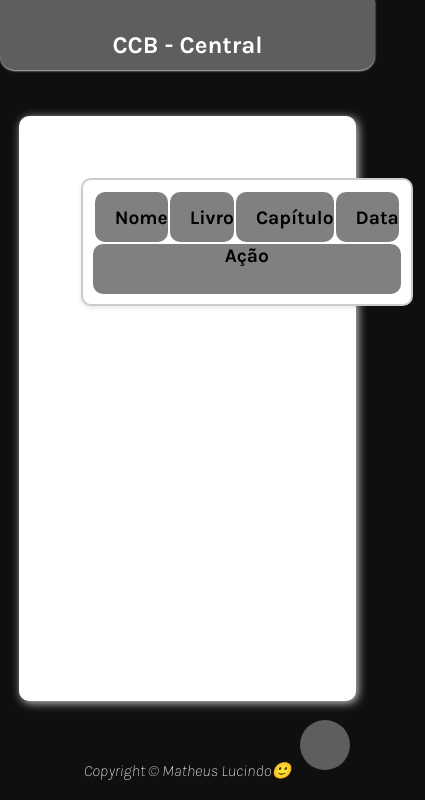
Repository: Matheus904-12/API-da-CCB
Page: index.html
These files come from the project's save history. The page is drawn as it stood at one moment and after the next save; the edit follows.
The browser window is 375 px wide. The page is 425 px wide, then 405 px, then 425 px, so the pictures cover 425 px, including what lies to the right of the window. The pictures show the whole page.

Above is the page before, as saved 2024-01-14 01:32:39.

### index.html
<!DOCTYPE html>
<html lang="pt-BR">

<head>
    <meta charset="UTF-8">
    <meta http-equiv="X-UA-Compatible" content="IE=edge">
    <meta name="viewport" content="width=device-width, initial-scale=1.0">
    <link rel="preconnect" href="https://fonts.gstatic.com">
    <link href="https://fonts.googleapis.com/css2?family=Karla:ital,wght@0,400;0,700;1,200;1,800&display=swap"
        rel="stylesheet">
    <link rel="stylesheet" href="principal.css">
    <link rel="stylesheet" href="botao.css">
    <link rel="stylesheet" href="registros.css">
    <link rel="stylesheet" href="modal.css">
    <link rel="stylesheet" href="chat.css">
    <script src="script.js" defer></script>
    <title>CCB - Central</title>
</head>

<body>
    <header>

        <h1 class="header-title">CCB - Central</h1>
    </header>
    <br>
    <br>
    <br>
    <br>
    <main>
        <button type="button" class="button blue mobile" id="cadastrarCliente">Adicionar Recitativo</button>
        <table id="tableClient" class="records">
            <thead>
                <tr>
                    <th>Nome</th>
                    <th>Livro</th>
                    <th>Capítulo</th>
                    <th>Data</th>
                    <th>Ação</th>
                </tr>
            </thead>
            <tbody>

            </tbody>
        </table>
        <div class="modal" id="modal">
            <div class="modal-content">
                <header class="modal-header">
                    <h2>Recitativo</h2>
                    <span class="modal-close" id="modalClose">&#10006;</span>
                </header>
                <form id="form" class="modal-form">


                    <input type="text" id="nome" data-index="new" class="modal-field" placeholder="Nome"
                        required>

                    <input type="text" id="livro" class="modal-field" placeholder="Livro" required>

                    <input type="number" id="capitulo" class="modal-field" placeholder="Capítulo" required>

                    <input type="number" id="versiculo" class="modal-field" placeholder="Versículo" required>

                    <input type="date" id="data" class="modal-field" placeholder="Data" required>

                    <label for="auxiliar">Auxiliar</label>
                        <select id="auxiliar" class="modal-field">
                            <option value="none">Nenhum</option>
                            <option value="aline">Aline Gomes Santos</option>
                            <option value="alfredo">Alfredo Bruske Schuster</option>
                            <option value="alef">Alef Vinicius</option>
                            <option value="jose">José Victor Zeller Gonçalves</option>
                            <option value="jonas">Jonas Amorim Lopes da Silva</option>
                            <option value="loraine">Loraine de Assis Souza</option>
                            <option value="natalia">Natália de Sena Marques</option>
                        </select>


                </form>
                <footer class="modal-footer">
                    <button id="salvar" class="button green">Salvar</button>
                    <button id="cancelar" class="button blue">Cancelar</button>
                </footer>
            </div>
        </div>
    </main>
    <footer>
        Copyright &copy; Matheus Lucindo🙂
    </footer>
</body>

</html>

### principal.css
*{
    padding: 0;
    margin: 0;
    box-sizing: border-box;
}

:root{
    --primary-color: #5e5e5e;
    --secundary-color: #bdbd00;
    --shadow-color: #CCC;
    --text-color: #FFF;
}

body{
    min-height: 100vh;
    display: flex;
    flex-direction: column;
    font-family: 'karla', sans-serif;
    position:relative;
    background-color: #0f0f0f;
}

header{
    background-color: var(--primary-color);
    height: 70px;
    text-align: center;
    line-height: 70px;
    box-shadow: 0 1px 2px var(--shadow-color);
    border-radius: 0px 0px 15px 15px;
}

.header-title{
    color: white;
    font-size: 2rem;
}

main{
    flex-grow: 1;
    display: flex;
    flex-direction: column;
    align-items: flex-start;
    width: 90%;
    margin: 5vh auto;
    padding: 50px;
    box-shadow: 2px 2px 10px var(--shadow-color);
    gap: 20px;
    border-radius: 10px;
    background-color: #ffffff;
}

main, th {
}

footer{
    width:100;
    text-align: center;
    font-weight: 200;
    font-style: italic;
    padding: 20px;
    color: white;
}

### botao.css
.button{
    border-style: none;
    height: 40px;
    padding: 6px 12px;
    background-color: black;
    color: white;
    font-size: 1rem;
    cursor: pointer;
    transition: box-shadow .6s ease;
    border-radius: 10px;
}

.button.blue{
    background-color: #bdbd00;
}

button.green{
    background-color: #13CE66;
}

button.red{
    background-color: #FF4949;
}

.button:hover{
    box-shadow: inset 200px 0 0 #00000055;
}

/* Estilização da barra de rolagem */
::-webkit-scrollbar {
    width: 12px; /* Largura da barra de rolagem */
    border-radius: 10px;
}

::-webkit-scrollbar-thumb {
    background-color: #dbc834; /* Cor do polegar da barra de rolagem */
    border-radius: 100px; /* Borda do polegar da barra de rolagem */
}

::-webkit-scrollbar-track {
    display: none;
}

::-webkit-scrollbar-thumb:hover {
    background-color: #bdbd00; /* Cor do polegar da barra de rolagem ao passar o mouse sobre ele */
}

### registros.css
.records{
    width: 100%;
    user-select: none;
    text-align: left;
}

.records th{
    height: 50px;
    background-color:gray;
    padding-left: 20px;
    font-size: 1.2rem;
    border-radius: 10px;
}
.records td{
    height: 50px;
    padding-left: 20px;
    border-radius: 10px;
}

.records th:last-child,
.records td:last-child{
    padding: 0;
    min-width: 140px;
    text-align: center;
}

.records tr:hover{
    background-color: var(--secundary-color);
}

.records tr {
    border-radius: 10px;
}

### modal.css
.modal{
    position: fixed;
    top:0;
    left:0;
    width: 100%;
    height: 100%;
    background: #00000090;
    opacity: 0;
    z-index: -1;
}

.modal.active{
    opacity: 1;
    z-index: 1;
}

.modal-content{
    display: flex;
    flex-direction: column;
    gap:20px;
    width: 50vw;
    margin: 15vh auto;
    padding-bottom: 20px;
    background-color: white;
    box-shadow: 1px 1px 10px black;
    border-radius: 15px;
}

.modal-header{
    display: flex;
    position: relative;
    justify-content: center;
    height: 40px;
    line-height: 40px;
    font-size: 1rem;
    border-radius: 10px;
}

.modal-header, #h2 {
    color: white
}

.modal-close{
    position: absolute;
    right: 0;
    display: block;
    width: 40px;
    height: 40px;
    text-align: center;
    user-select: none;
    cursor: pointer;
    border-radius: 10px;
}

.modal-close:hover{
    background-color: #FF4949;
    color: white;
}

.modal-form{
    display: flex;
    justify-content: space-between;
    flex-wrap: wrap;
    gap: 20px;
    padding: 0 20px;
}

.modal-field{
    width: calc(50% - 10px);
    height: 40px;
    outline-style: none;
    border-style: none;
    box-shadow: 0 0 2px black;
    padding: 0 10px;
    font-size:1rem;
    border-radius: 10px;
}

.modal-field:focus{
    border: 2px solid var(--primary-color);
    box-shadow: 0 0 3px var(--primary-color);
}


.modal-footer{
    background-color: inherit;
    text-align: right;
    padding: 0 20px;
}

### chat.css
@media (max-width: 480px) {
    header {
        position: fixed;
        width: 100%;
        background-color: var(--primary-color);
        z-index: 1000;
    }

    .header-title {
        font-size: 1.5rem;
        color: white;
        padding: 10px;
        text-align: center;
    }

    .button.mobile {
        font-size: 0;
        width: 50px;
        height: 50px;
        border-radius: 50%;
        position: fixed;
        top: 90vh;
        left: 80vw;
        background-color: var(--primary-color);
        border: none;
        display: flex;
        align-items: center;
        justify-content: center;
        z-index: 1001;
    }

    .button.mobile img {
        width: 60%;
        height: 60%;
        filter: invert(1);
    }

    .records th.mobile,
    .records td.mobile {
        display: none;
    }

    .records tr {
        border-radius: 10px;
        display: block;
        margin-bottom: 20px;
        border: 2px solid #ccc;
        background-color: white;
        box-shadow: 0 2px 4px rgba(0, 0, 0, 0.1);
        padding:10px;
        margin: 10px;
    }

    .records td {
        display: flex;
        flex-wrap: wrap;
        justify-content: space-between;
        margin: 10px 0;
    }

    .records th:last-child,
    .records td:last-child {
        padding: 0;
        min-width: 140px;
        text-align: center;
        display: block;
        margin: 0 auto;
    }

    .modal {
        top: 100%;
        transition: all 1s ease;
        background-color: rgba(0, 0, 0, 0.5);
        display: flex;
        align-items: center;
        justify-content: center;
    }

    .modal.active {
        top: 0;
    }

    .modal-content {
        margin: 0;
        width: 90%;
        max-width: 400px;
        background-color: white;
        box-shadow: 0 2px 4px rgba(0, 0, 0, 0.1);
        border-radius: 10px;
        padding: 20px;
        position: relative;
    }

    .modal-field {
        width: 100%;
        margin-bottom: 15px;
        padding: 10px;
        border: 1px solid #ccc;
        border-radius: 5px;
        box-sizing: border-box;
    }
}

### script.js
'use strict'

const openModal = () => document.getElementById('modal')
    .classList.add('active')

const closeModal = () => {
    clearFields()
    document.getElementById('modal').classList.remove('active')
}


const getLocalStorage = () => JSON.parse(localStorage.getItem('db_client')) ?? []
const setLocalStorage = (dbClient) => localStorage.setItem("db_client", JSON.stringify(dbClient))

// CRUD - create read update delete
const deleteClient = (index) => {
    const dbClient = readClient()
    dbClient.splice(index, 1)
    setLocalStorage(dbClient)
}

const updateClient = (index, client) => {
    const dbClient = readClient()
    dbClient[index] = client
    setLocalStorage(dbClient)
}

const readClient = () => getLocalStorage()

const createClient = (client) => {
    const dbClient = getLocalStorage()
    dbClient.push (client)
    setLocalStorage(dbClient)
}

const isValidFields = () => {
    return document.getElementById('form').reportValidity()
}

//Interação com o layout

const clearFields = () => {
    const fields = document.querySelectorAll('.modal-field')
    fields.forEach(field => field.value = "")
    document.getElementById('nome').dataset.index = 'new'
    document.querySelector(".modal-header>h2").textContent  = 'Novo Versículo'
}

const saveClient = () => {
    if (isValidFields()) {
        const client = {
            auxiliar: document.getElementById('auxiliar').value,
            nome: document.getElementById('nome').value,
            livro: document.getElementById('livro').value,
            capitulo: document.getElementById('capitulo').value,
            versiculo: document.getElementById('versiculo').value,
            data: document.getElementById('data').value
        }
        const index = document.getElementById('nome').dataset.index;
        if (index == 'new') {
            createClient(client);
            updateTable();
            closeModal();
        } else {
            updateClient(index, client);
            updateTable();
            closeModal();
        }
    }
}

const createRow = (client, index) => {
    const newRow = document.createElement('tr')
    newRow.innerHTML = `

        <td>${client.nome}</td>
        <td>${client.livro}</td>
        <td>${client.capitulo}</td>
        <td>${client.data}</td>
        <td>
            <button type="button" class="button green" id="edit-${index}">Editar</button>
            <button type="button" class="button red" id="delete-${index}" >Excluir</button>
        </td>
    `
    document.querySelector('#tableClient>tbody').appendChild(newRow)
}

const clearTable = () => {
    const rows = document.querySelectorAll('#tableClient>tbody tr')
    rows.forEach(row => row.parentNode.removeChild(row))
}

const updateTable = () => {
    const dbClient = readClient()
    clearTable()
    dbClient.forEach(createRow)
}

const fillFields = (client) => {
    document.getElementById('auxiliar').value = client.auxiliar
    document.getElementById('nome').value = client.nome
    document.getElementById('livro').value = client.livro
    document.getElementById('capitulo').value = client.capitulo
    document.getElementById('versiculo').value = client.versiculo
    document.getElementById('data').value = client.data
    document.getElementById('nome').dataset.index = client.index
}

const editClient = (index) => {
    const client = readClient()[index]
    client.index = index
    fillFields(client)
    document.querySelector(".modal-header>h2").textContent  = `Editando ${client.nome}`
    openModal()
}

const editDelete = (event) => {
    if (event.target.type == 'button') {

        const [action, index] = event.target.id.split('-')

        if (action == 'edit') {
            editClient(index)
        } else {
            const client = readClient()[index]
            const response = confirm(`Deseja realmente excluir o cliente ${client.nome}`)
            if (response) {
                deleteClient(index)
                updateTable()
            }
        }
    }
}

updateTable()

// Eventos
document.getElementById('cadastrarCliente')
    .addEventListener('click', openModal)

document.getElementById('modalClose')
    .addEventListener('click', closeModal)

document.getElementById('salvar')
    .addEventListener('click', saveClient)

document.querySelector('#tableClient>tbody')
    .addEventListener('click', editDelete)

document.getElementById('cancelar')
    .addEventListener('click', closeModal)

After the next save:
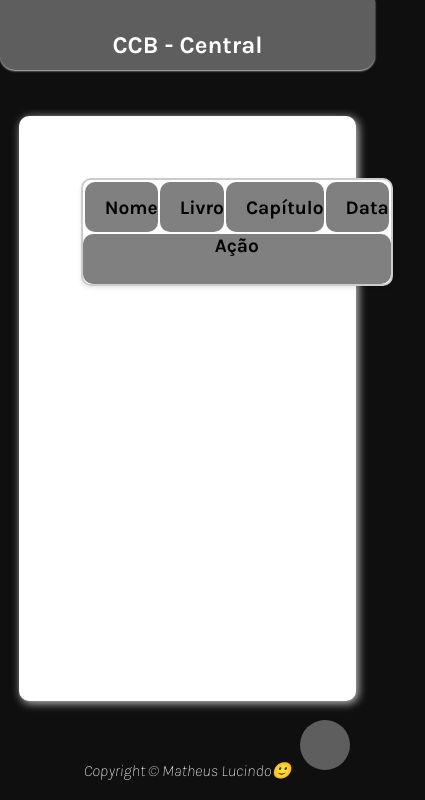
Saved 4 s later.
--- a/chat.css
+++ b/chat.css
@@ -47,7 +47,7 @@
         border: 2px solid #ccc;
         background-color: white;
         box-shadow: 0 2px 4px rgba(0, 0, 0, 0.1);
-        padding:10px;
+        padding:-10px;
         margin: 10px;
     }
 

After the save that followed:
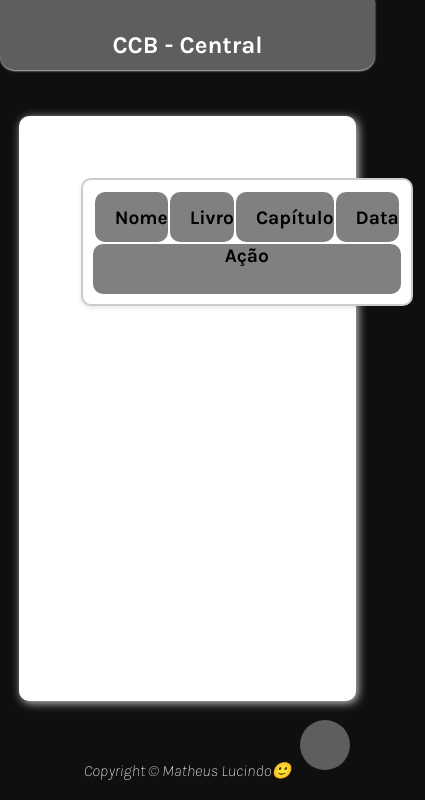
Saved 5 s later.
--- a/chat.css
+++ b/chat.css
@@ -47,7 +47,7 @@
         border: 2px solid #ccc;
         background-color: white;
         box-shadow: 0 2px 4px rgba(0, 0, 0, 0.1);
-        padding:-10px;
+        padding:10px;
         margin: 10px;
     }
 
